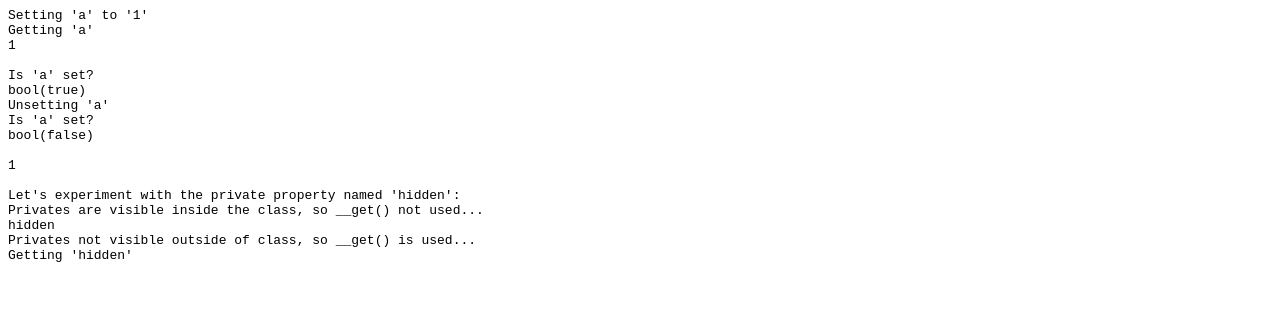
Repository: jyotsna1234/bugappmvc
Page: http://localhost/overloading.php
The author's editor kept a copy of each file at every save. The page is drawn from the files as they stood at one save, then again after the next save.
The browser window is 1280 px wide. The pictures show the whole page.
The page is run by PHP 8.4 with error messages shown; the project is at /var/www/html/.

Above is the page before, as saved 2014-04-09 04:03:06.

### oops_php/overloading.php
<?php

 ini_set('displayerror', 1);

class PropertyTest
{
    /**  Location for overloaded data.  */
    private $data = array();

    /**  Overloading not used on declared properties.  */
    public $declared = 1;

    /**  Overloading only used on this when accessed outside the class.  */
    private $hidden = 'hidden';

    public function __set($name, $value)
    {
        echo "Setting '$name' to '$value'\n";
        $this->data[$name] = $value;
    }

    public function __get($name)
    {
        echo "Getting '$name'\n";
        if (array_key_exists($name, $this->data)) {
            return $this->data[$name];
        }

        return null;
    }

    /**  As of PHP 5.1.0  */
    public function __isset($name)
    {
        echo "Is '$name' set?\n";
        return isset($this->data[$name]);
    }

    /**  As of PHP 5.1.0  */
    public function __unset($name)
    {
        echo "Unsetting '$name'\n";
        unset($this->data[$name]);
    }

    /**  Not a magic method, just here for example.  */
    public function getHidden()
    {
        return $this->hidden;
    }
}

echo "<pre>\n";

$obj = new PropertyTest;

$obj->a = 1;
echo $obj->a . "\n\n";

var_dump(isset($obj->a));
unset($obj->a);
var_dump(isset($obj->a));
echo "\n";

echo $obj->declared . "\n\n";

echo "Let's experiment with the private property named 'hidden':\n";
echo "Privates are visible inside the class, so __get() not used...\n";
echo $obj->getHidden() . "\n";
echo "Privates not visible outside of class, so __get() is used...\n";
echo $obj->hidden . "\n";




/*function overloading is not possible
 * class Overloading  {
	var $data;
	var $value;
	public function method1()
	{
	echo "enterd into method";

	}

}
$overload1=new Overloading();

  $overload1->method1();

 $overload1->method1('name','dale');

*/
?>

After the next save:
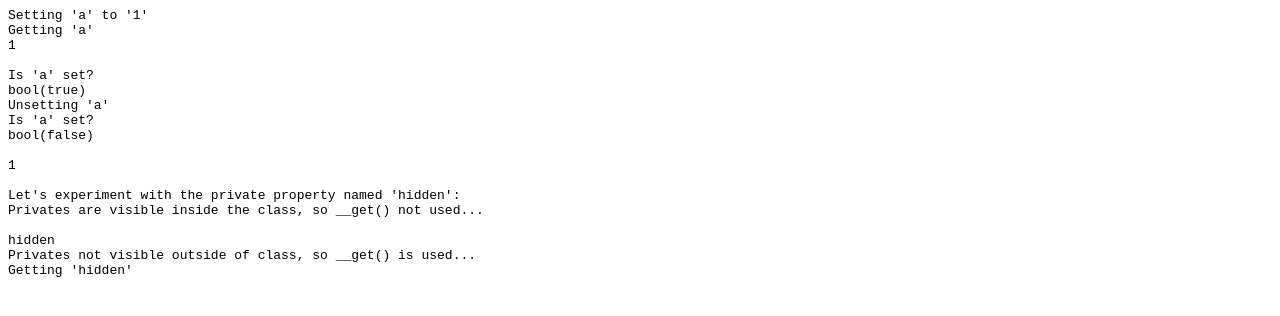
Saved 60 s later.
--- a/oops_php/overloading.php
+++ b/oops_php/overloading.php
@@ -65,7 +65,7 @@ echo "\n";
 echo $obj->declared . "\n\n";
 
 echo "Let's experiment with the private property named 'hidden':\n";
-echo "Privates are visible inside the class, so __get() not used...\n";
+echo "Privates are visible inside the class, so __get() not used...\n<br>";
 echo $obj->getHidden() . "\n";
 echo "Privates not visible outside of class, so __get() is used...\n";
 echo $obj->hidden . "\n";
